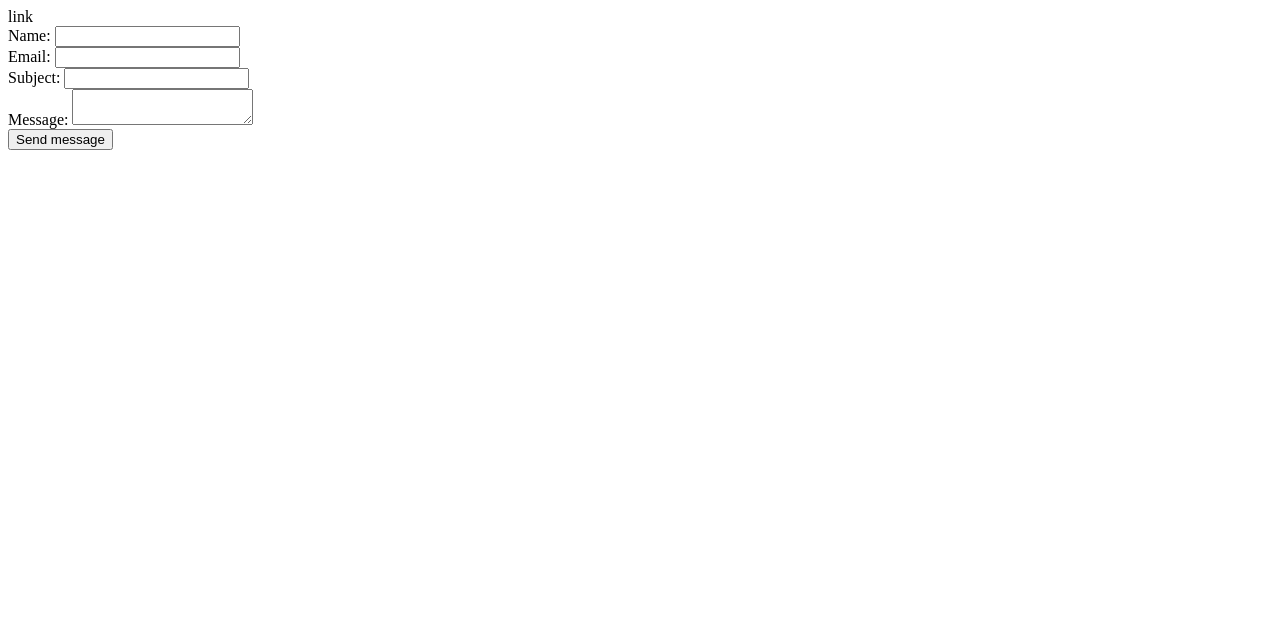
Repository: JuliusMonday/EmailSender
Page: frontend/index.html
These files come from the project's save history. The page is drawn as it stood at one moment and after the next save; the edit follows.
The browser window is 1280 px wide. The pictures show the whole page.

Above is the page before, as saved 2024-06-22 08:39:39.
Not found: frontend/script.js

### frontend/index.html
<!DOCTYPE html>
<html lang="en">
<head>
  <meta charset="UTF-8">
  <meta name="viewport" content="width=device-width, initial-scale=1.0">
  link
  <title>Contact Form</title>
</head>
<body>
  <form id="contactForm">
    <label for="name">Name:</label>
    <input type="text" id="name" name="name"><br>
    <label for="email">Email:</label>
    <input type="email" id="email" name="email"><br>
    <label for="subject">Subject:</label>
    <input type="text" id="subject" name="subject"><br>
    <label for="message">Message:</label>
    <textarea id="message" name="message"></textarea><br>
    <button type="submit">Send message</button>
  </form>

  <script src="script.js"></script>
</body>
</html>

### frontend/style.css
body {
    font-family: Arial, sans-serif;
    background-color: #f4f4f9;
    margin: 0;
    padding: 0;
    display: flex;
    justify-content: center;
    align-items: center;
    height: 100vh;
  }

  form {
    background: #fff;
    padding: 20px;
    border-radius: 5px;
    box-shadow: 0 2px 4px rgba(0, 0, 0, 0.1);
    width: 100%;
    max-width: 400px;
  }

  label {
    margin-bottom: 5px;
    display: block;
    font-weight: bold;
  }

  input, textarea {
    width: calc(100% - 20px);
    padding: 10px;
    margin-bottom: 10px;
    border: 1px solid #ccc;
    border-radius: 4px;
  }

  textarea {
    height: 100px;
    resize: vertical;
  }

  button {
    background-color: #007bff;
    color: #fff;
    border: none;
    padding: 10px 15px;
    cursor: pointer;
    border-radius: 4px;
    width: 100%;
  }

  button:hover {
    background-color: #0056b3;
  }

After the next save:
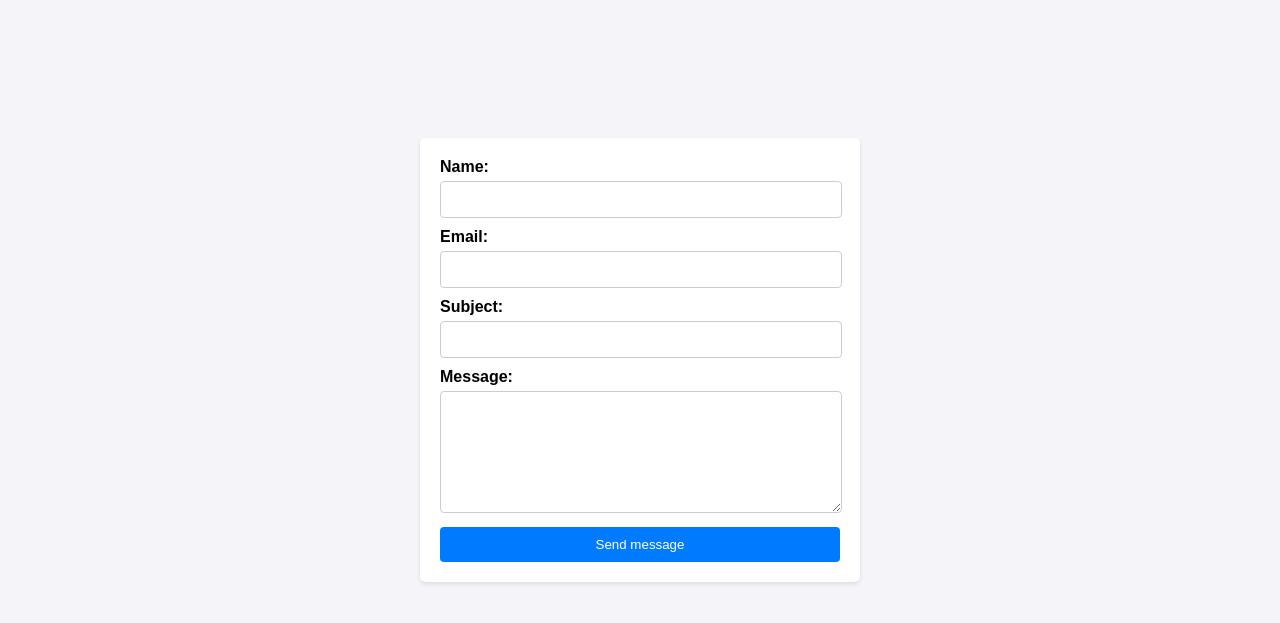
Saved 4 s later.
--- a/frontend/index.html
+++ b/frontend/index.html
@@ -3,7 +3,7 @@
 <head>
   <meta charset="UTF-8">
   <meta name="viewport" content="width=device-width, initial-scale=1.0">
-  link
+  <link rel="stylesheet" href="style.css">
   <title>Contact Form</title>
 </head>
 <body>
